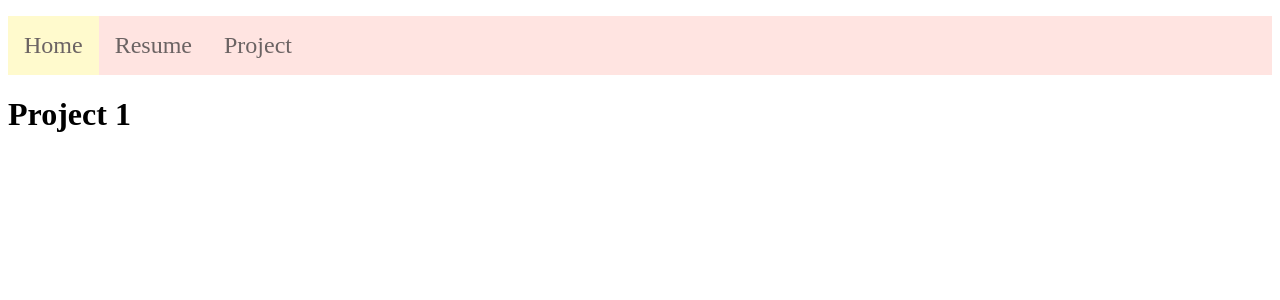
Repository: GiangNguyen2805/GiangNguyen2805.github.io
Page: project 1.html
The author's editor kept a record of every edit. The page is drawn from the files as they stood at one moment, then again after the next edit.
The browser window is 1280 px wide. The pictures show the whole page.

Above is the page before.

After the next edit:
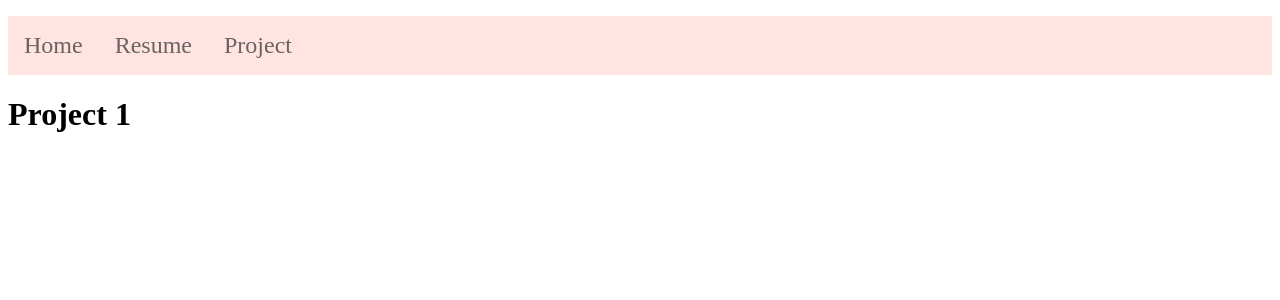
The edit:
--- a/project 1.html
+++ b/project 1.html
@@ -7,7 +7,7 @@
 <body>
 
 <ul class="navbar">
-<li class="active"><a href="/index.html">Home</a></li>
+<li><a href="/index.html">Home</a></li>
 <li ><a href="resume.html">Resume</a></li>
 <li class="dropdown">
     <div>Project</div>
